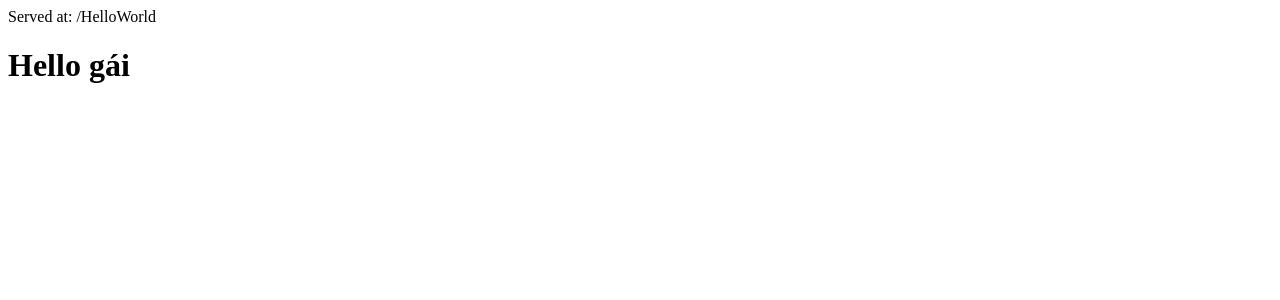
Repository: 1105trxc/LapTrinhWeb-2526
Page: http://localhost/HelloWorld/HelloController
An editor plug-in stored every save of this project. The page is shown before and after the next save, followed by the edit.
The browser window is 1280 px wide. The pictures show the whole page.
The page is served by Tomcat 10. Other server files are loaded and not shown.

Above is the page before, as saved 2025-08-20 06:19:27.

### HelloWorld/src/main/java/minimal/controller/HelloController.java
package minimal.controller;

import jakarta.servlet.ServletException;
import jakarta.servlet.annotation.WebServlet;
import jakarta.servlet.http.HttpServlet;
import jakarta.servlet.http.HttpServletRequest;
import jakarta.servlet.http.HttpServletResponse;
import java.io.IOException;
import java.io.PrintWriter;

/**
 * Servlet implementation class HelloController
 */
public class HelloController extends HttpServlet {
	private static final long serialVersionUID = 1L;
	private String message;

	@SuppressWarnings("serial")
	public void init() throws ServletException {
	// Do required initialization
	message = "Hello gái";
	}

    /**
     * @see HttpServlet#HttpServlet()
     */
    public HelloController() {
        super();
        // TODO Auto-generated constructor stub
    }

	/**
	 * @see HttpServlet#doGet(HttpServletRequest request, HttpServletResponse response)
	 */
	protected void doGet(HttpServletRequest request, HttpServletResponse response) throws ServletException, IOException {
		// TODO Auto-generated method stub
		response.getWriter().append("Served at: ").append(request.getContextPath());

		// Set response content type
		response.setContentType("text/html");
		// Actual logic goes here.
		PrintWriter out = response.getWriter();
		out.println("<h1>" + message + "</h1>");

	}

	/**
	 * @see HttpServlet#doPost(HttpServletRequest request, HttpServletResponse response)
	 */
	protected void doPost(HttpServletRequest request, HttpServletResponse response) throws ServletException, IOException {
		// TODO Auto-generated method stub
		doGet(request, response);
	}

}

After the next save:
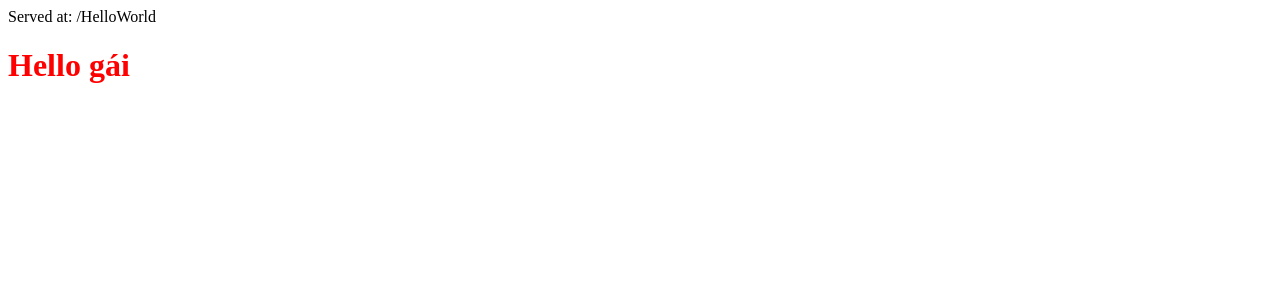
Saved 4 min 9 s later.
--- a/HelloWorld/src/main/java/minimal/controller/HelloController.java
+++ b/HelloWorld/src/main/java/minimal/controller/HelloController.java
@@ -40,7 +40,7 @@ public class HelloController extends HttpServlet {
 		response.setContentType("text/html");
 		// Actual logic goes here.
 		PrintWriter out = response.getWriter();
-		out.println("<h1>" + message + "</h1>");
+		out.println("<h1 style ='color : red' >" + message + "</h1>");
 
 	}
 
